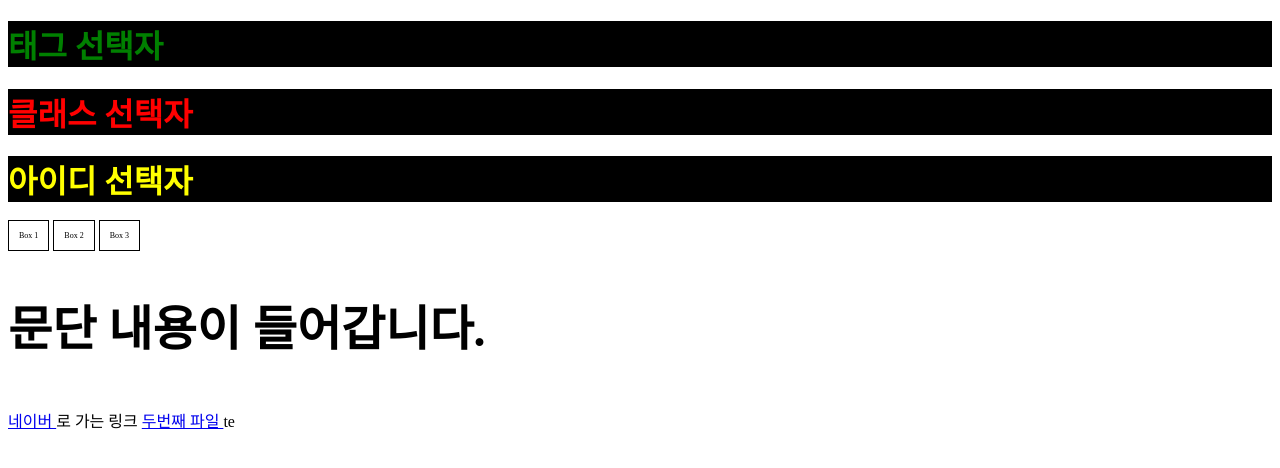
Repository: v0001/likelion
Page: 20200613/test.html
The author's editor kept a record of every edit. The page is drawn from the files as they stood at one moment, then again after the next edit.
The browser window is 1280 px wide. The pictures show the whole page.

Above is the page before.

After the next edit:
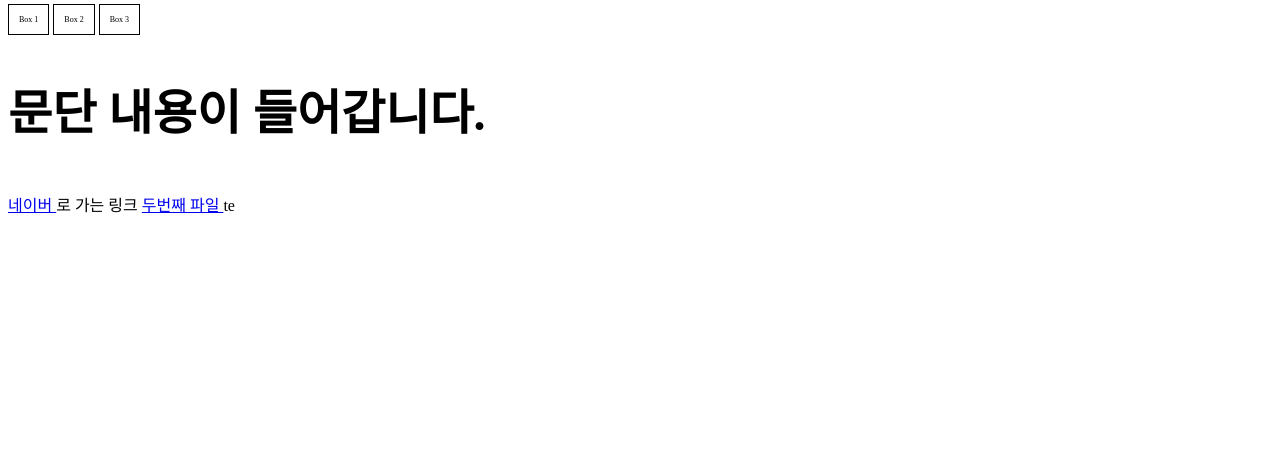
The edit:
--- a/20200613/test.html
+++ b/20200613/test.html
@@ -9,9 +9,9 @@
 </head>
 <body>
 
-    <h1>태그 선택자</h1>
-    <h1 class ="red-color">클래스 선택자</h1>
-    <h1 id ="myid">아이디 선택자</h1>
+    <!--<h1>태그 선택자</h1>-->
+    <!--<h1 class ="red-color">클래스 선택자</h1>-->
+    <!--<h1 id ="myid">아이디 선택자</h1>-->
 
     <div>Box 1</div>
     <div>Box 2</div>
